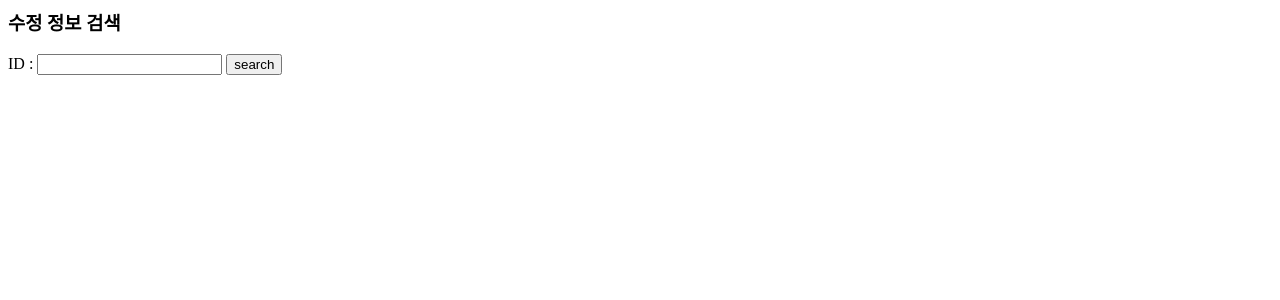
Repository: daelong/ServletJsp
Page: http://localhost/dev/memberUpdate.jsp
An editor plug-in stored every save of this project. The page is shown before and after the next save, followed by the edit.
The browser window is 1280 px wide. The pictures show the whole page.
The page is served by Tomcat 9.

Above is the page before, as saved 2019-03-26 11:40:35.

After the next save:
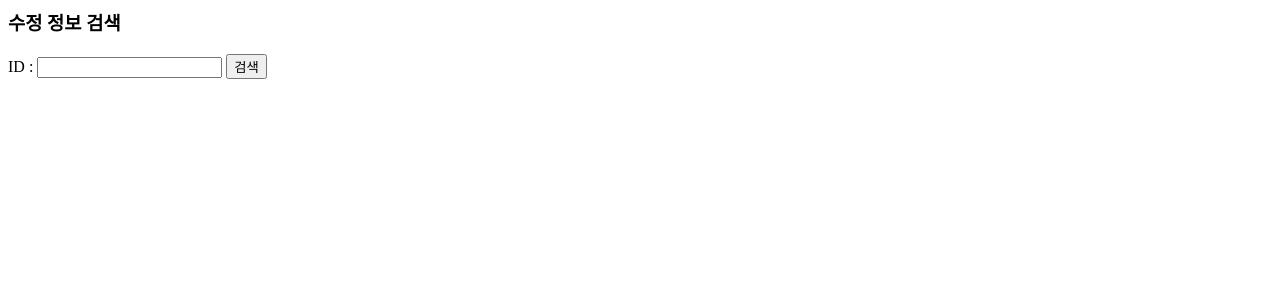
Saved 61 s later.
--- a/dev/WebContent/memberUpdate.jsp
+++ b/dev/WebContent/memberUpdate.jsp
@@ -11,7 +11,7 @@ ${error}
 <form action="memberSearch.do" method="post">
 	ID : <input type="text" name="id">
 	<input type="hidden" name="job" value="update">
-	<input type="submit" value="search"/>
+	<input type="submit" value="검색"/>
 </form>
 
 <% MemberVO member = (MemberVO)request.getAttribute("member");
